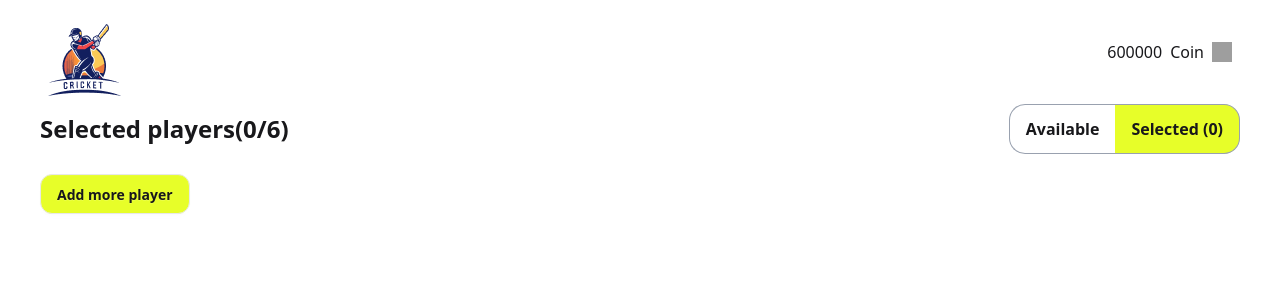
Repository: SanjidaSnigdha/Select-your-eleven
Page: /, after clicking the first element matching `button.rounded-r-2xl`
The author's editor kept a copy of each file at every save. The page is drawn from the files as they stood at one save, then again after the next save.
The browser window is 1280 px wide. The pictures show the whole page.
Pictures or frames that could not be fetched are drawn as grey boxes. The project was rebuilt for these pictures with package versions that can differ from the ones it lists, and the page was loaded fresh each time. Also part of the build but not shown: vite.config.js, src/App.css, src/components/SelectedCard/SelectedCard.jsx.

Above is the page before, as saved 2026-03-21 22:05:18.

After the next save:
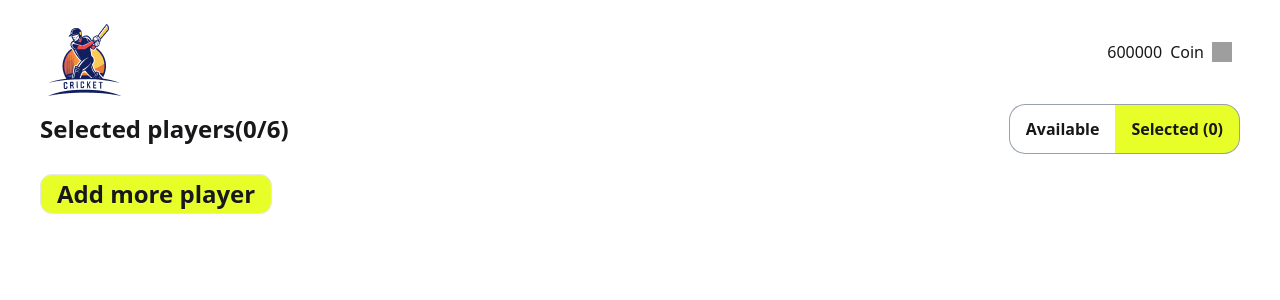
Saved 37 s later.
--- a/src/components/SelectedPlayers/SelectedPlayers.jsx
+++ b/src/components/SelectedPlayers/SelectedPlayers.jsx
@@ -8,7 +8,7 @@ const SelectedPlayers = ({purchasedPlayers,removePlayer}) => {
             {
                 purchasedPlayers.map(player=><SelectedCard removePlayer={removePlayer} player={player}></SelectedCard>)
             }
-            <button className='btn mt-5 bg-[#E7FE29] rounded-xl'>Add more player</button>
+            <button className='btn mt-5 bg-[#E7FE29] rounded-xl text-2xl'>Add more player</button>
 
         </div>
 
